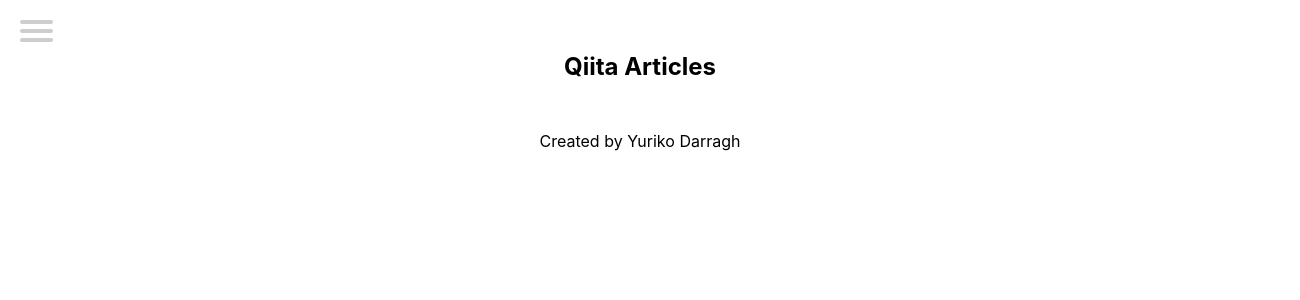
Repository: yuriko-pixel/react-portfolio
Page: /qiita
These files come from the project's save history. The page is drawn as it stood at one moment and after a run of saves; the edit follows.
The browser window is 1280 px wide. The page is 1300 px wide, so the pictures cover 1300 px, including what lies to the right of the window. The pictures show the whole page.
The page's requests for data from a server got no answer. The project was rebuilt for these pictures with package versions that can differ from the ones it lists, and the page was loaded fresh each time. No one was signed in, and anything a server would have sent is missing. Also part of the build but not shown: src/styles/worktemp.module.scss, src/components/worktemp.js, src/components/links.js, src/components/about.js, src/styles/top.module.scss, src/components/top.js, src/components/home.js, src/styles/works.module.scss and 3 more.

Above is the page before, as saved 2021-05-25 13:15:46.

### src/App.js

import './App.css';
import { BrowserRouter, Route } from 'react-router-dom';
import WorkTemp from './components/worktemp'
import about from './components/about'
import home from './components/home'
import Nav from './components/nav'
import Footer from './components/footer'
import works from './components/works'
import contact from './components/contact'
import qiita from './components/qiita'

function App() {
  return (
    <div className="App">
      <BrowserRouter>
        <Nav />
        <Route exact path='/' component={home}></Route>
        <Route path='/about' component={about}></Route>
        <Route path='/works' component={works}></Route>
        <Route path='/qiita' component={qiita}></Route>
        <Route path='/contact' component={contact}></Route>
        <Route path='/work/:name'><WorkTemp /></Route>
        <Footer/>
      </BrowserRouter>
    </div>
  );
}

export default App;

### src/components/nav.js
import navs from '../styles/nav.module.scss'
import { Link } from 'react-router-dom';

const Nav = () => {
    return (
        <nav role="navigation">
        <div className={navs.menuToggle}>
          <input type="checkbox" />
          <span></span>
          <span></span>
          <span></span>
          <ul className={navs.menu}>
            <Link to="/"><li>Home</li></Link>
            <Link to="/about"><li>About</li></Link>
            <Link to="/works"><li>Works</li></Link>
            <Link to="/qiita"><li>Qiita</li></Link>
            <Link to="/contact"><li>Contact</li></Link>
          </ul>
        </div>
      </nav>
    )
}

export default Nav

### src/components/footer.js

const Footer = ()=> {
    return (
        <footer>
            <span>Created by Yuriko Darragh</span>
        </footer>
    )
}

export default Footer;

### src/components/qiita.js
import { useEffect, useState } from "react";
import style from '../styles/qiita.module.scss'
const Qiita = () => {
    const [articles, setArticles] = useState([]);

    const key = process.env.REACT_APP_QIITA_KEY;
    useEffect(() => {
        fetch('https://qiita.com/api/v2/authenticated_user/items', {method:'GET',
      headers: {
        'Authorization': 'Bearer ' + key,
        'Content-Type': 'application/json'
      }})
        .then(response => response.json())
        .then(json => {setArticles(json);
            console.log(articles)}
            )
    },[])
    let data;
    if(articles.length !== 0) {
        data = articles.map(item => (<div className={style.wrapper}>
            <h3>{item.title}</h3>
            <div className={style.flex}>
                <img src={item.user.profile_image_url} alt="profile" className={style.profile} />
                <span className={style.username}>@ {item.user.id}</span>
            </div>
            <div className={style.date}>{item.created_at}</div>
            <div className={style.flex}>{item.tags.map(i => <span className={style.tags}>{i.name}</span>)}</div>
            <div className={style.blogbody}>{item.body}</div>
            </div>))
    }

    return (
        <div className={style.qiitacontainer}>
            <h2>Qiita Articles</h2>
            <div className={style.flex}>
                {data}
            </div>
        </div>
    )
}
export default Qiita

### src/styles/about.module.scss
@import url('https://fonts.googleapis.com/css2?family=Raleway:wght@100&display=swap');
@import url('https://fonts.googleapis.com/css2?family=Crimson+Pro:wght@200&display=swap');

 * {

 }

.flex {
    display: flex;
}

.container {
    min-height: 100vh;
    font-family: 'Crimson Pro', serif;
    font-size: 25px;
}
.profimg {
    width:200px;
	height:200px;
	object-fit:cover;
	border-radius:50%;
    border: 1px solid black;
}

.box {
    width: 60%;
    margin: 0 auto;
}

.title {
    font-family: 'Raleway', sans-serif;
    font-size: 35px;
    text-align: left;
    padding-left: 30px;
    text-decoration: underline solid pink 5px;
    margin-bottom: 25px;
}

.box2 {
    margin-left: 150px;
}

.box3 {
    padding-left: 20px;
    text-align: left;
}
.borderline {
    height: 230px;
    width: 3px;
    background: gray;
    margin-left: 20px
}

.likes {
    margin-left: 150px;
}

.liketitle {
    margin-left: 30px;
    font-size: 30px;
}

@media screen and (max-width: 480px) {
    .container {
        font-size: 20px;
        margin-bottom: 20px;
    }
    .title {
        font-size: 25px;
    }
    .box {
        width: 100%;
    }
    .box2 {
        margin-left: 20px;
        font-size: 15px;
    }
    .box3 {
        font-size: 15px;
    }
    .borderline {
        height: 150px;
    }
    .likes {
        margin-left: 20px;
    }
    .liketitle {
        font-size: 20px;
        margin-top: 5px;
    }
}

### src/styles/nav.module.scss
* {
  list-style: none;
}

.menuToggle
{
  display: block;
  position: relative;
  top: 20px;
  left: 20px;

  z-index: 1;

  -webkit-user-select: none;
  user-select: none;
}

.menuToggle a
{
  text-decoration: none;
  color: .232323;

  transition: color 0.3s ease;
}

.menuToggle a:hover
{
  color: tomato;
}


.menuToggle input
{
  display: block;
  width: 40px;
  height: 32px;
  position: absolute;
  top: -7px;
  left: -5px;

  cursor: pointer;

  opacity: 0; /* hide this */
  z-index: 2; /* and place it over the hamburger */

  -webkit-touch-callout: none;
}

/*
 * Just a quick hamburger
 */
.menuToggle span
{
  display: block;
  width: 33px;
  height: 4px;
  margin-bottom: 5px;
  position: relative;

  background: #cdcdcd;
  border-radius: 3px;

  z-index: 1;

  transform-origin: 4px 0px;

  transition: transform 0.5s cubic-bezier(0.77,0.2,0.05,1.0),
              background 0.5s cubic-bezier(0.77,0.2,0.05,1.0),
              opacity 0.55s ease;
}

.menuToggle span:first-child
{
  transform-origin: 0% 0%;
}

.menuToggle span:nth-last-child(2)
{
  transform-origin: 0% 100%;
}

/*
 * Transform all the slices of hamburger
 * into a crossmark.
 */
.menuToggle input:checked ~ span
{
  opacity: 1;
  transform: rotate(45deg) translate(-2px, -1px);
  background: #232323;
}

/*
 * But let's hide the middle one.
 */
.menuToggle input:checked ~ span:nth-last-child(3)
{
  opacity: 0;
  transform: rotate(0deg) scale(0.2, 0.2);
}

/*
 * Ohyeah and the last one should go the other direction
 */
.menuToggle input:checked ~ span:nth-last-child(2)
{
  transform: rotate(-45deg) translate(0, -1px);
}

/*
 * Make this absolute positioned
 * at the top left of the screen
 */
.menu
{
  position: absolute;
  width: 300px;
  margin: -100px 0 0 -50px;
  padding: 50px;
  padding-top: 125px;

  background: #ededed;
  list-style-type: none;
  -webkit-font-smoothing: antialiased;
  /* to stop flickering of text in safari */

  transform-origin: 0% 0%;
  transform: translate(-100%, 0);

  transition: transform 0.5s cubic-bezier(0.77,0.2,0.05,1.0);
}

.menu li
{
  padding: 10px 0;
  font-size: 22px;
}

/*
 * And let's slide it in from the left
 */
.menuToggle input:checked ~ ul
{
  transform: none;
}

@media screen and (max-width: 480px) {

  .menu {
    width: 100px;
  }
}

### src/styles/qiita.module.scss
.qiitacontainer {
    width: 90%;
    margin: 30px auto;
}

.flex {
    display: flex;
    flex-wrap: wrap;
}

.wrapper {
    width: 300px;
    background: white;
    border: solid lightgreen 3px;
    margin: 5px 15px;
    border-radius: 10px;
    text-align: left;
    padding: 5px 10px;
    min-height: 300px;
}

.wrapper:hover {
    box-shadow: 0 15px 30px -5px rgba(0,0,0,.15), 0 0 5px rgba(0,0,0,.1);
	transform: translateY(-4px);

}

.tags {
    border: green solid 1px;
    margin: 2px 3px;
    padding: 2px;
    border-radius: 2px;
}

.blogbody {
    margin-top: 10px;
    white-space: nowrap;
    overflow: hidden;
    text-overflow: ellipsis;
}

.profile {
    width: 50px;
    border-radius: 50%;
}

.date {
    margin: 10px 0;
}

.username {
    margin: 10px 0 0 10px;
}

### src/styles/links.module.scss


a, a:visited {
    text-decoration: none;
    color: black;
}

.linkcontainer {
    margin: 20px 0;
}
.linkcontainer1, .linkcontainer2, .linkcontainer3 {
    // width: 200px;
    padding: 10px 15px;
    background: #EEF1F2;
    border: 1px solid #D1D8DA;
}

.linkcontainer1 {
    border-radius: 50% 0 0 50%;
}

.linkcontainer3 {
    border-radius: 0 50% 50% 0;
}

.border {
    border-bottom: dashed;
}

Loaded but not shown: public/index.html (common file); src/index.js (common file); src/index.css (common file); src/reportWebVitals.js (common file); src/App.css (common file)

After the next 2 saves:
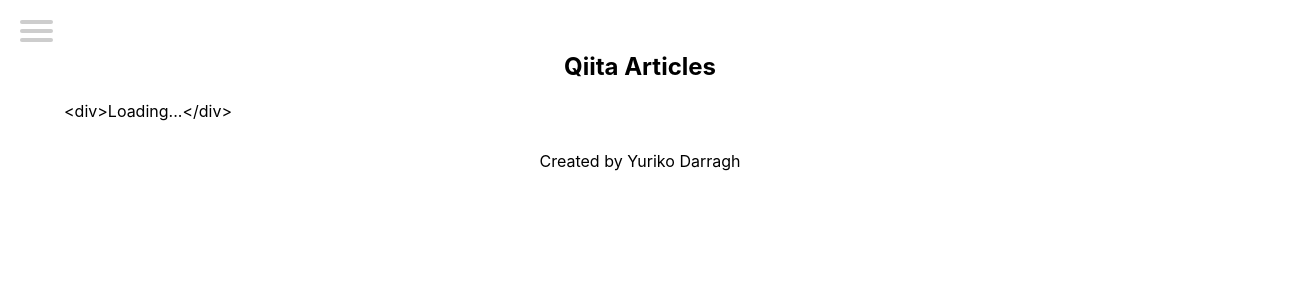
The 2 saves are shown as one change because 1 did not build or start.
The last was saved 37 s later.
--- a/src/components/qiita.js
+++ b/src/components/qiita.js
@@ -27,6 +27,8 @@
             <div className={style.flex}>{item.tags.map(i => <span className={style.tags}>{i.name}</span>)}</div>
             <div className={style.blogbody}>{item.body}</div>
             </div>))
+    } else {
+        data = '<div>Loading...</div>'
     }
 
     return (
